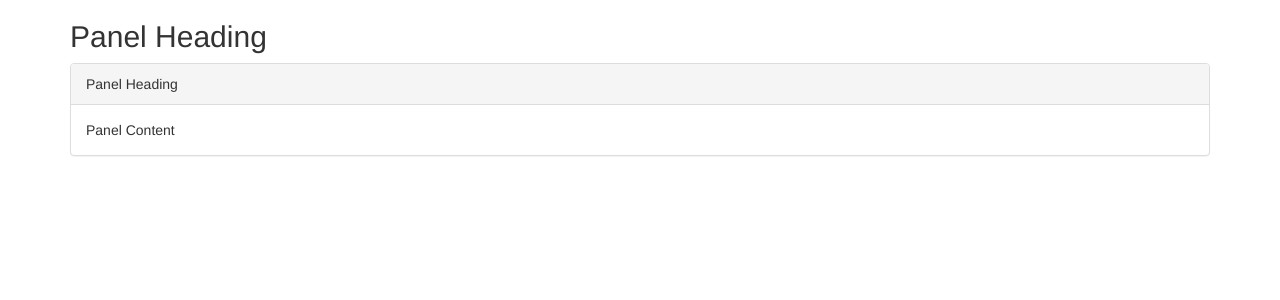
Repository: juhyun98/Spring
Page: http://localhost/SpringMVC01/
The author's editor kept a copy of each file at every save. The page is drawn from the files as they stood at one save, then again after the next save.
The browser window is 1280 px wide. The pictures show the whole page.
The page is served by Tomcat 9. Other server files are loaded and not shown.

Above is the page before, as saved 2023-09-05 01:45:34.

### SpringMVC01/src/main/webapp/WEB-INF/views/boardList.jsp
<%@ page language="java" contentType="text/html; charset=UTF-8"
	pageEncoding="UTF-8"%>
<%@ taglib prefix="c" uri="http://java.sun.com/jsp/jstl/core" %>
<!DOCTYPE html>
<html>
<head>
<meta charset="UTF-8">
<link rel="stylesheet"
	href="https://maxcdn.bootstrapcdn.com/bootstrap/3.4.1/css/bootstrap.min.css">
<script
	src="https://ajax.googleapis.com/ajax/libs/jquery/3.6.4/jquery.min.js"></script>
<script
	src="https://maxcdn.bootstrapcdn.com/bootstrap/3.4.1/js/bootstrap.min.js"></script>
<title>Insert title here</title>
</head>
<body>

	<div class="container">
		<h2>Panel Heading</h2>
		<div class="panel panel-default">
			<div class="panel-heading">Panel Heading</div>
			<div class="panel-body">Panel Content</div>
		</div>
	</div>

</body>
</html>

After the next save:
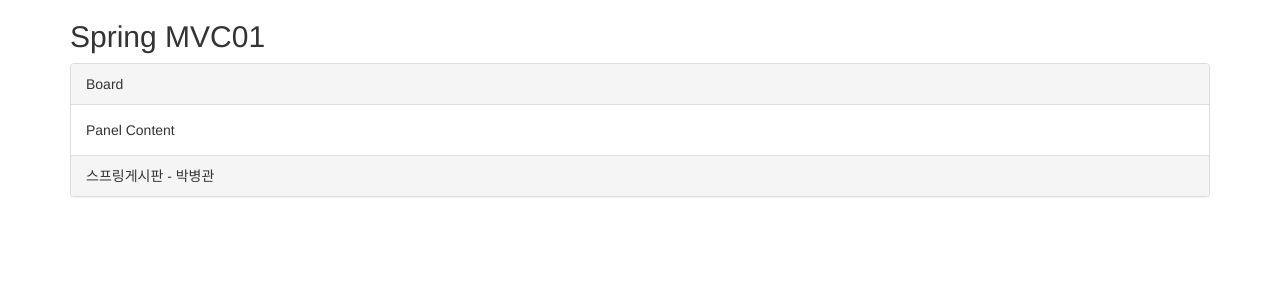
Saved 2 min 10 s later.
--- a/SpringMVC01/src/main/webapp/WEB-INF/views/boardList.jsp
+++ b/SpringMVC01/src/main/webapp/WEB-INF/views/boardList.jsp
@@ -16,10 +16,11 @@
 <body>
 
 	<div class="container">
-		<h2>Panel Heading</h2>
+		<h2>Spring MVC01</h2>
 		<div class="panel panel-default">
-			<div class="panel-heading">Panel Heading</div>
+			<div class="panel-heading">Board</div>
 			<div class="panel-body">Panel Content</div>
+			<div class="panel-footer">스프링게시판 - 박병관</div>
 		</div>
 	</div>
 
